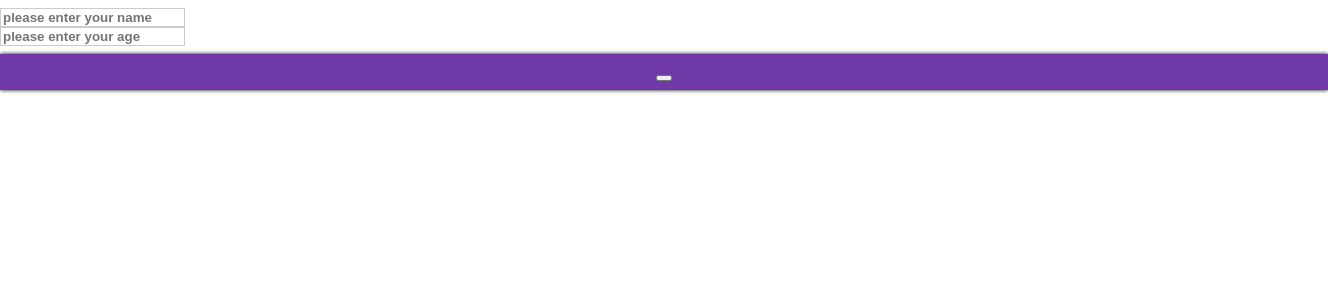
Repository: NamalPathirana/section-eight
Page: /
An editor plug-in stored every save of this project. The page is shown before and after the next save, followed by the edit.
The browser window is 1280 px wide. The page is 1328 px wide, so the pictures cover 1328 px, including what lies to the right of the window. The pictures show the whole page.
The project was rebuilt for these pictures with package versions that can differ from the ones it lists, and the page was loaded fresh each time.

Above is the page before, as saved 2021-11-25 21:30:30.

### src/App.js
import logo from './logo.svg';
import './App.css';
import UserInput from './Components/UserInput/UserInput';

function App() {
  return (
    <div className="App">
      <UserInput></UserInput>
    </div>
  );
}

export default App;

### src/Components/UserInput/UserInput.js
import Button from '../../UI/Button/Button';
import styles from './UserInput.module.css'

const UserInput = () => {
    return (
        <form>
        <div className={styles.frame}>
            <input placeholder='please enter your name'/>
            <input placeholder='please enter your age'/>
        </div>
        <Button name='Add User'></Button>
        </form>
    );
};

export default UserInput;

### src/UI/Button/Button.js
import styles from './Button.module.css'

const Button = (props) => {

    return(
        <div className={styles.button} >
            <button value={props.name}/>
        </div>
    )
}

export default Button;

### src/Components/UserInput/UserInput.module.css
.frame{
    margin: 0.5rem 0;
}

.frame input{
    display: block;
    font-weight: bold;
    border: 1px solid #ccc;

}

### src/UI/Button/Button.module.css
.button{
    font: inherit;
    padding: 0.5rem 1.5rem;
    background-color: rgb(112, 57, 168);
    color:white;
    box-shadow: 0 0 4px black;
    cursor: pointer;
    width: 100%;
}

.button:focus{
    outline: none;
}

.button:hover,.button:active{
    background-color: rgb(185, 140, 231);
    border-color: rgb(185, 140, 231);
    box-shadow: 0 0 8px black;
}

Loaded but not shown: public/index.html (common file); src/index.js (common file); src/index.css (common file); src/reportWebVitals.js (common file); src/App.css (common file)

After the next save:
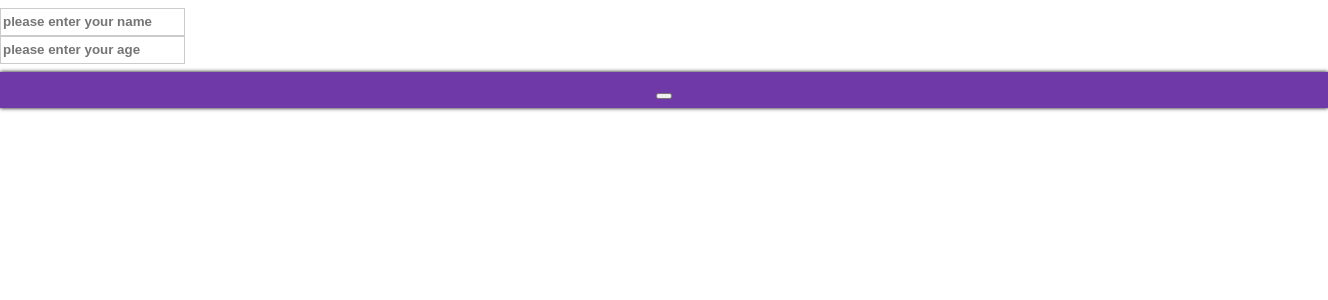
Saved 32 s later.
--- a/src/Components/UserInput/UserInput.module.css
+++ b/src/Components/UserInput/UserInput.module.css
@@ -6,5 +6,5 @@
     display: block;
     font-weight: bold;
     border: 1px solid #ccc;
-
+    line-height: 1.5rem;
 }
